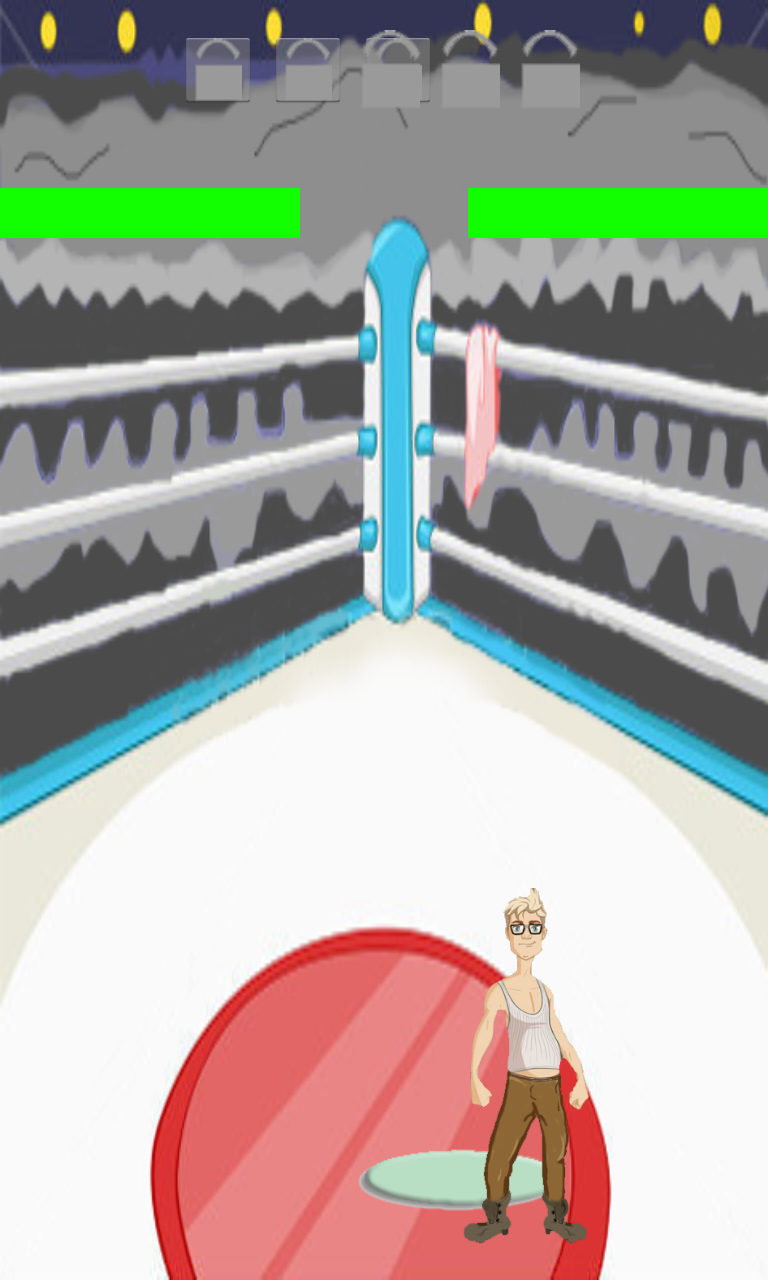
Repository: KrzysztofWolinski/WiesFight_Project
Layout: WiesFight/res/layout/activity_fight.xml
These files come from the project's save history. The layout is drawn as it stood at one moment and after the next save; the edit follows.
It is drawn on a 768 x 1280 px phone screen (xhdpi) without system bars, with theme AppTheme; the app's code is not run. The app's manifest (not shown) leaves right-to-left support off. So textAlignment, textDirection and layoutDirection are ignored, and left and right values win over start and end ones.

Above is the layout before, as saved 2015-01-20 15:28:35.

After the next save:
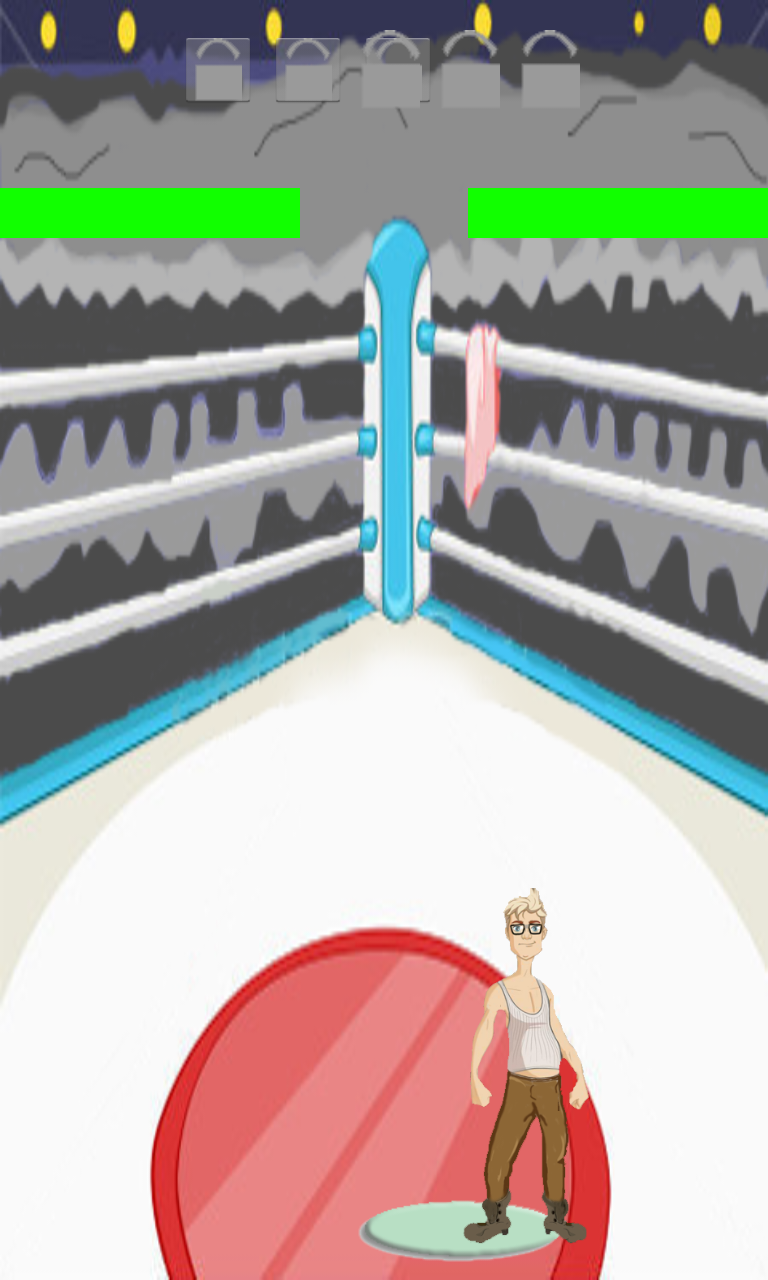
Saved 6 s later.
--- a/WiesFight/res/layout/activity_fight.xml
+++ b/WiesFight/res/layout/activity_fight.xml
@@ -39,7 +39,7 @@
         android:id="@+id/opponentMarker"
         android:layout_width="wrap_content"
         android:layout_height="wrap_content"
-        android:layout_marginBottom="16dp"
+        android:layout_marginBottom="-10dp"
         android:layout_alignBottom="@+id/opponentCharacter"
         android:layout_alignLeft="@+id/opponentCharacter"
         android:contentDescription="@string/desc"
